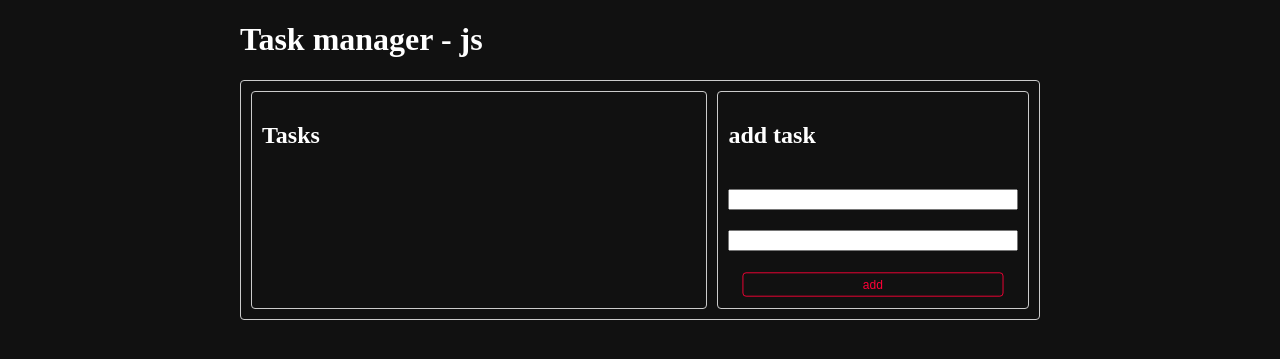
Repository: iKrekus/taskmgr-js
Page: index.html
An editor plug-in stored every save of this project. The page is shown before and after the next save, followed by the edit.
The browser window is 1280 px wide. The pictures show the whole page.
The first visible `.btn__add` is being pressed.

Above is the page before, as saved 2024-03-15 16:48:37.

### index.html
<!DOCTYPE html>
<html>
<head>
  <meta charset='utf-8'>
  <meta http-equiv='X-UA-Compatible' content='IE=edge'>
  <title>Task manager - js</title>
  <meta name='viewport' content='width=device-width, initial-scale=1'>
  <link rel='stylesheet' type='text/css' media='screen' href='style.css'>
</head>
<body>
<main class="task-mgr">
  <h1>Task manager - js</h1>
  <div class="task-mgr__container container">
    <div class="task-mgr__tasks-box container">
      <h2>Tasks</h2>
      <ul class="task-mgr__list">
      </ul>
    </div>
    <div class="task-mgr__add-task container">
      <h2>add task</h2>
      <label for="title">
        <input type="text" name="title" id="task-title" class="task-mgr__field">
      </label>
      <label for="description">
        <input type="text" name="description" id="task-description" class="task-mgr__field">
      </label>
      <button type="button" class="btn btn__add" id="btn-add">add</button>
    </div>
  </div>
</main>
<template id="task-tmpl">
  <li>
  <p class="task-title"></p>
  <p class="task-description"></p>
  <button type="button" class="btn btn__remove"></button>
  </li>
</template>
<script src='app.js'></script>
</body>
</html>

### style.css
body {
  background-color: #111111;
  color: #ffffff;
}

.task-mgr {
  max-width: 800px;
  margin: 0 auto;
}

.task-mgr__list {
  list-style-type: none;
  padding: 0;
}

.task-mgr__list li {
  box-shadow: 0 0 10px -5px #ffffff;
  border-radius: 4px;
  padding: 4px 6px;
  position: relative;
  margin-bottom: 16px;
  transition: all .4s ease-in-out;
}

.task-mgr__list p{
  margin: 0;
}

.task-mgr__container {
  display: flex;
  gap: 10px;
}

.task-mgr__tasks-box {
  width: 60%;
}

.task-mgr__add-task {
  width: 40%;
  display: flex;
  flex-direction: column;
  gap: 20px;

}

.task-mgr__add-task label {
  display: flex;
  flex-direction: row;
}


.task-mgr__field {
  width: 100%;
  padding: 1px 5px;
}

.task-mgr-btn {
  width: 100%;
}

.container {
  border: 1px solid #cccccc;
  border-radius: 4px;
  padding: 10px;
}

.task-title {
  font-size: 1.2em;
  color: #ff0037;
  background-color: #222222;
  padding: 0 5px;
  border-radius: 4px 4px 0 0;
}

.task-description {
  background-color: #444444;
  padding: 0 5px;
  border-radius: 0 0 4px 4px;
}

.btn {
  background: none;
  border: 1px solid #ffffff;
  padding: 5px 10px;
  border-radius: 4px;
  color: #ffffff;
}

.btn {
  transition: all .3s ease-in-out;
}

.btn:hover,
.btn:focus {
  cursor: pointer;
  transition: all .3s ease-in-out;
}

.btn__add:active {
  transform: scale(0.9);
}

.btn__add:hover {
  color: #ff0037;
  border-color: #ff0037;
}

.btn__remove {
  position: absolute;
  content: "";
  top: -8px;
  right: -6px;
  width: 16px;
  height: 16px;
  padding: 0;
}


.btn__remove::before {
  position: absolute;
  left: 50%;
  top: 50%;
  transform: translate(-50%, -50%) rotate(-45deg);
  content: "";
  height: 1px;
  width: 10px;
  background-color: #ffffff;
}

.btn__remove::after {
  position: absolute;
  left: 50%;
  top: 50%;
  transform: translate(-50%, -50%) rotate(45deg);
  content: "";
  height: 1px;
  width: 10px;
  background-color: #ffffff;
}

.btn__remove:hover::before {
  transform: translate(-50%, -50%) rotate(180deg);
  transition: all .3s ease-in-out;
}


.btn__remove:hover::after {
  transform: translate(-50%, -50%) rotate(180deg);
  transition: all .3s ease-in-out;
}

.task-mgr__list li:has(.btn__remove:hover) {
  transform: translateY(-5px);
  transition: all .4s ease-in-out;
}

### app.js
const taskTitleField = document.querySelector('#task-title');
const taskDescriptionField = document.querySelector('#task-description');
const buttonAdd = document.querySelector('#btn-add');
const taskTitle = document.querySelector('.task-mgr__list');
const taskTemplate = document.querySelector('#task-tmpl').content;

buttonAdd.addEventListener('click', function () {
  if (taskTitleField.value && taskDescriptionField.value) {
  createTask(taskTitleField.value, taskDescriptionField.value);
  clear();
  }

})

function clear(){
  taskTitleField.value='';
  taskDescriptionField.value='';
};

function createTask (name, description) {
  const task = taskTemplate.cloneNode(true);
  task.querySelector('.task-title').textContent = name;
  task.querySelector('.task-description').textContent = description;
  task.querySelector('.btn__remove').addEventListener('click', function(){
    this.closest('LI').remove();
  });
  renderTask(task)
}

function renderTask (task) {
  const taskElement = document.createDocumentFragment();
  taskElement.append(task);
  taskTitle.append(taskElement);
}

After the next save:
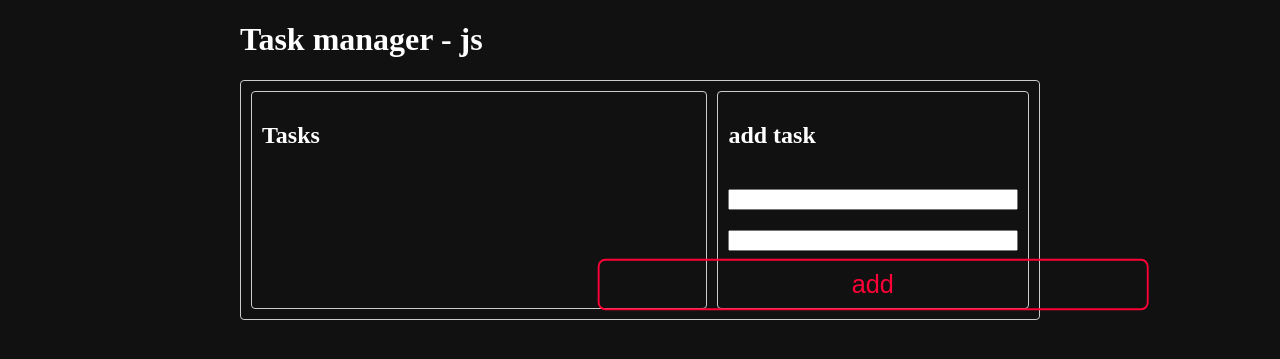
Saved 6 s later.
--- a/style.css
+++ b/style.css
@@ -97,7 +97,7 @@
 }
 
 .btn__add:active {
-  transform: scale(0.9);
+  transform: scale(1.9);
 }
 
 .btn__add:hover {

After the save that followed:
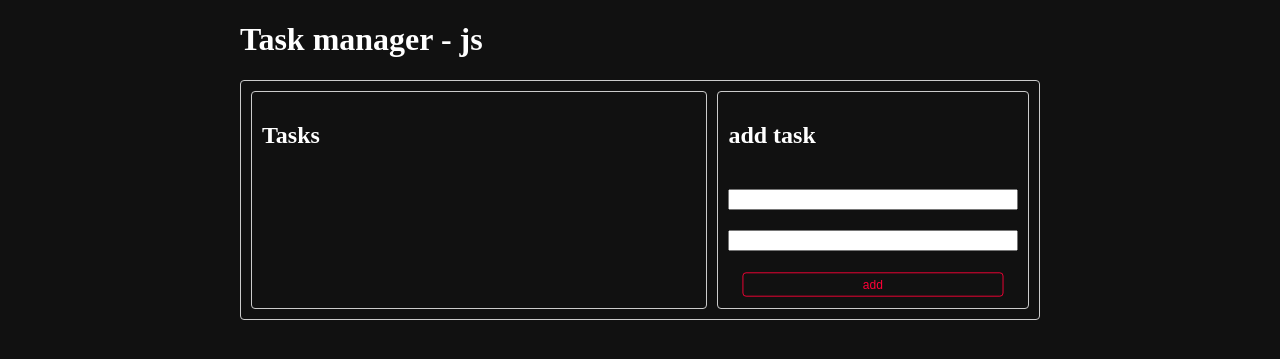
Saved 11 s later.
--- a/style.css
+++ b/style.css
@@ -97,7 +97,7 @@
 }
 
 .btn__add:active {
-  transform: scale(1.9);
+  transform: scale(0.9);
 }
 
 .btn__add:hover {
